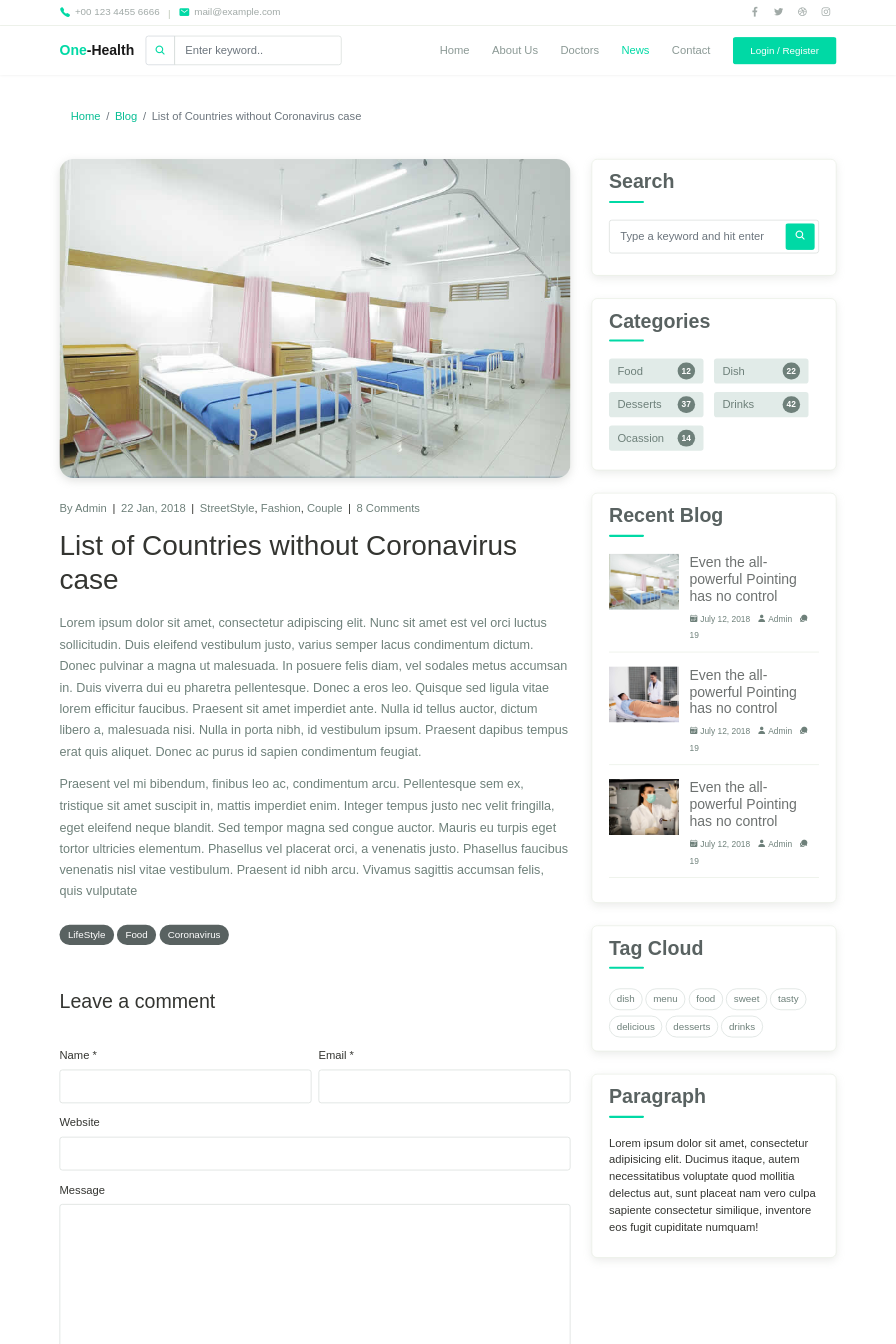
Repository: profbkmurage/myWeb
Page: html/blog-details.html
An editor plug-in stored every save of this project. The page is shown before and after the next save, followed by the edit.
The browser window is 1280 px wide. The pictures show the part of the page from y = 0 to 1920 px (the page is 2919 px tall), at 70% of full size.

Above is the page before, as saved 2023-12-10 15:54:04.

After the next save:
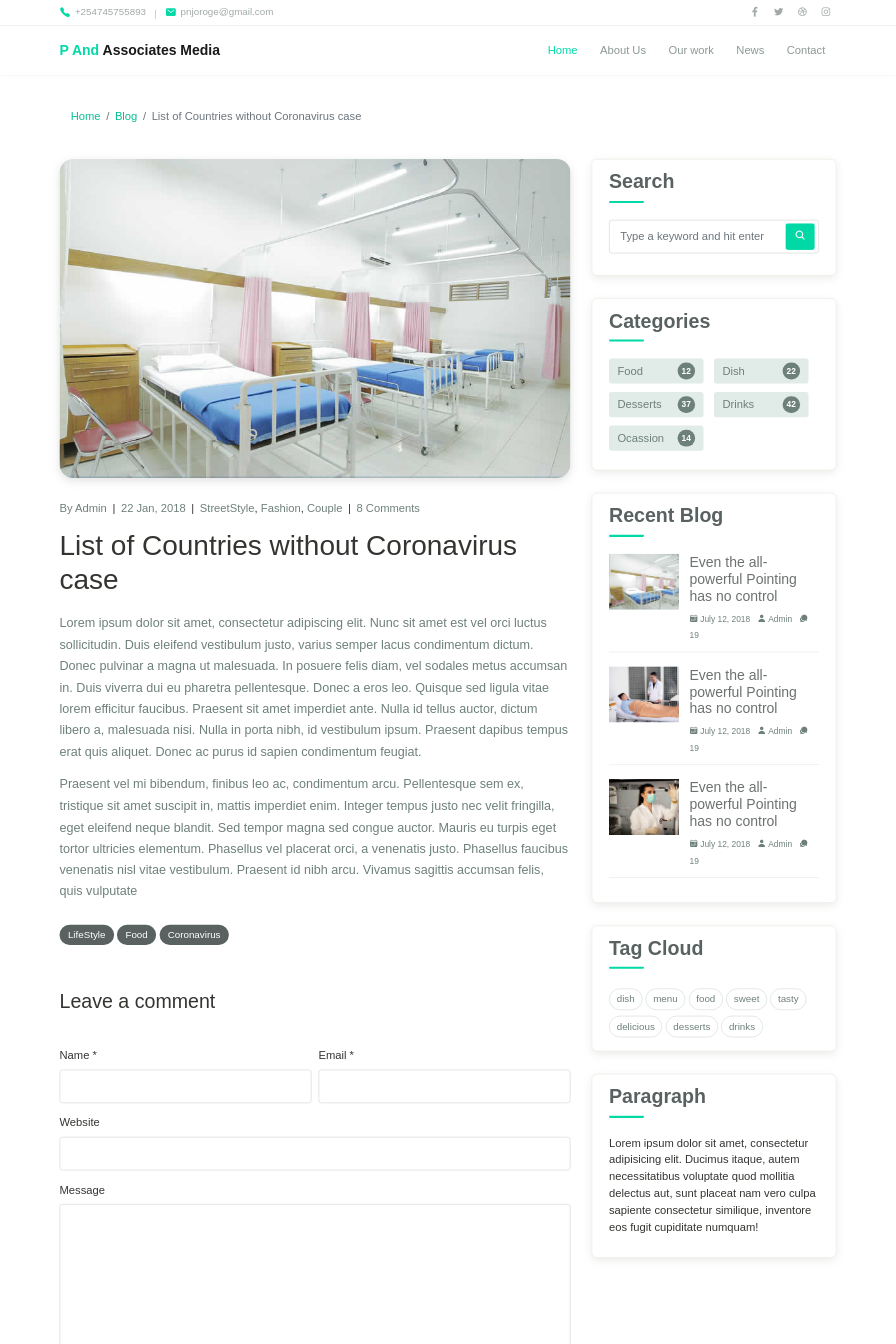
Saved 15 s later.
--- a/html/blog-details.html
+++ b/html/blog-details.html
@@ -6,9 +6,7 @@
 
   <meta http-equiv="X-UA-Compatible" content="ie=edge">
 
-  <meta name="copyright" content="MACode ID, https://macodeid.com/">
-
-  <title>One Health - Medical Center HTML5 Template</title>
+  <title>M&M Website</title>
 
   <link rel="stylesheet" href="../assets/css/maicons.css">
 
@@ -31,9 +29,9 @@
         <div class="row">
           <div class="col-sm-8 text-sm">
             <div class="site-info">
-              <a href="#"><span class="mai-call text-primary"></span> +00 123 4455 6666</a>
+              <a href="tel:0745755893" ><span class="mai-call text-primary"></span> +254745755893</a>
               <span class="divider">|</span>
-              <a href="#"><span class="mai-mail text-primary"></span> mail@example.com</a>
+              <a href="#"><span class="mai-mail text-primary"></span> pnjoroge@gmail.com</a>
             </div>
           </div>
           <div class="col-sm-4 text-right text-sm">
@@ -50,16 +48,16 @@
 
     <nav class="navbar navbar-expand-lg navbar-light shadow-sm">
       <div class="container">
-        <a class="navbar-brand" href="#"><span class="text-primary">One</span>-Health</a>
-
-        <form action="#">
+        <a class="navbar-brand" href="#"><span class="text-primary">P And</span> Associates Media</a>
+
+        <!-- <form action="#">
           <div class="input-group input-navbar">
             <div class="input-group-prepend">
               <span class="input-group-text" id="icon-addon1"><span class="mai-search"></span></span>
             </div>
             <input type="text" class="form-control" placeholder="Enter keyword.." aria-label="Username" aria-describedby="icon-addon1">
           </div>
-        </form>
+        </form> -->
 
         <button class="navbar-toggler" type="button" data-toggle="collapse" data-target="#navbarSupport" aria-controls="navbarSupport" aria-expanded="false" aria-label="Toggle navigation">
           <span class="navbar-toggler-icon"></span>
@@ -67,24 +65,24 @@
 
         <div class="collapse navbar-collapse" id="navbarSupport">
           <ul class="navbar-nav ml-auto">
-            <li class="nav-item">
+            <li class="nav-item active">
               <a class="nav-link" href="index.html">Home</a>
             </li>
             <li class="nav-item">
               <a class="nav-link" href="about.html">About Us</a>
             </li>
             <li class="nav-item">
-              <a class="nav-link" href="doctors.html">Doctors</a>
-            </li>
-            <li class="nav-item active">
+              <a class="nav-link" href="work.html">Our work</a>
+            </li>
+            <li class="nav-item">
               <a class="nav-link" href="blog.html">News</a>
             </li>
             <li class="nav-item">
               <a class="nav-link" href="contact.html">Contact</a>
             </li>
-            <li class="nav-item">
+            <!-- <li class="nav-item">
               <a class="btn btn-primary ml-lg-3" href="#">Login / Register</a>
-            </li>
+            </li> -->
           </ul>
         </div> <!-- .navbar-collapse -->
       </div> <!-- .container -->
